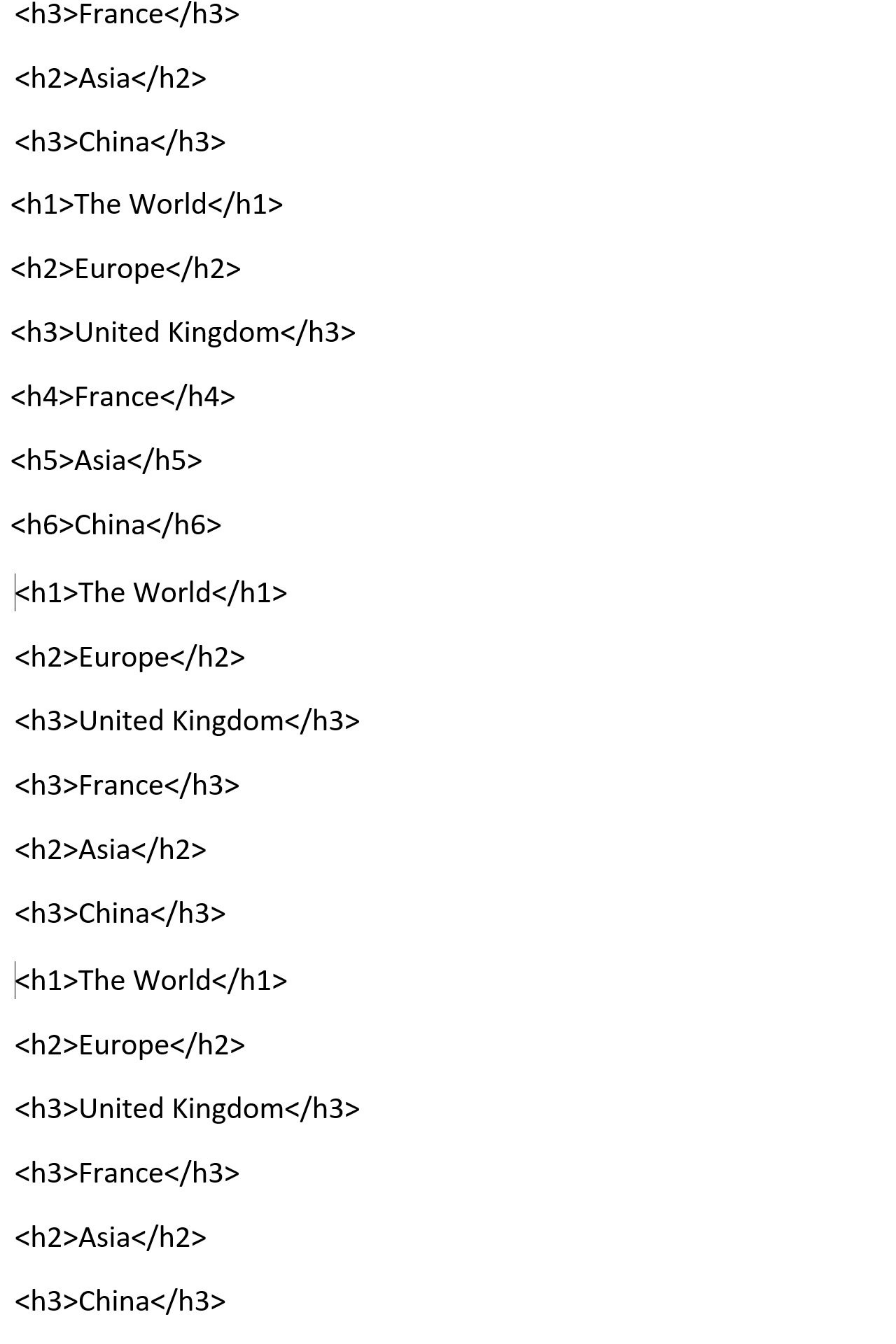
Repository: DigitalExperienceTeam/assessmentImages
Page: index.html
The author's editor kept a record of every edit. The page is drawn from the files as they stood at one moment, then again after the next edit.
The browser window is 1280 px wide. The pictures show the part of the page from y = 786 to 2706 px (the page is 2706 px tall before and 2696 px after), at 70% of full size.

Above is the page before.

After the next edit:
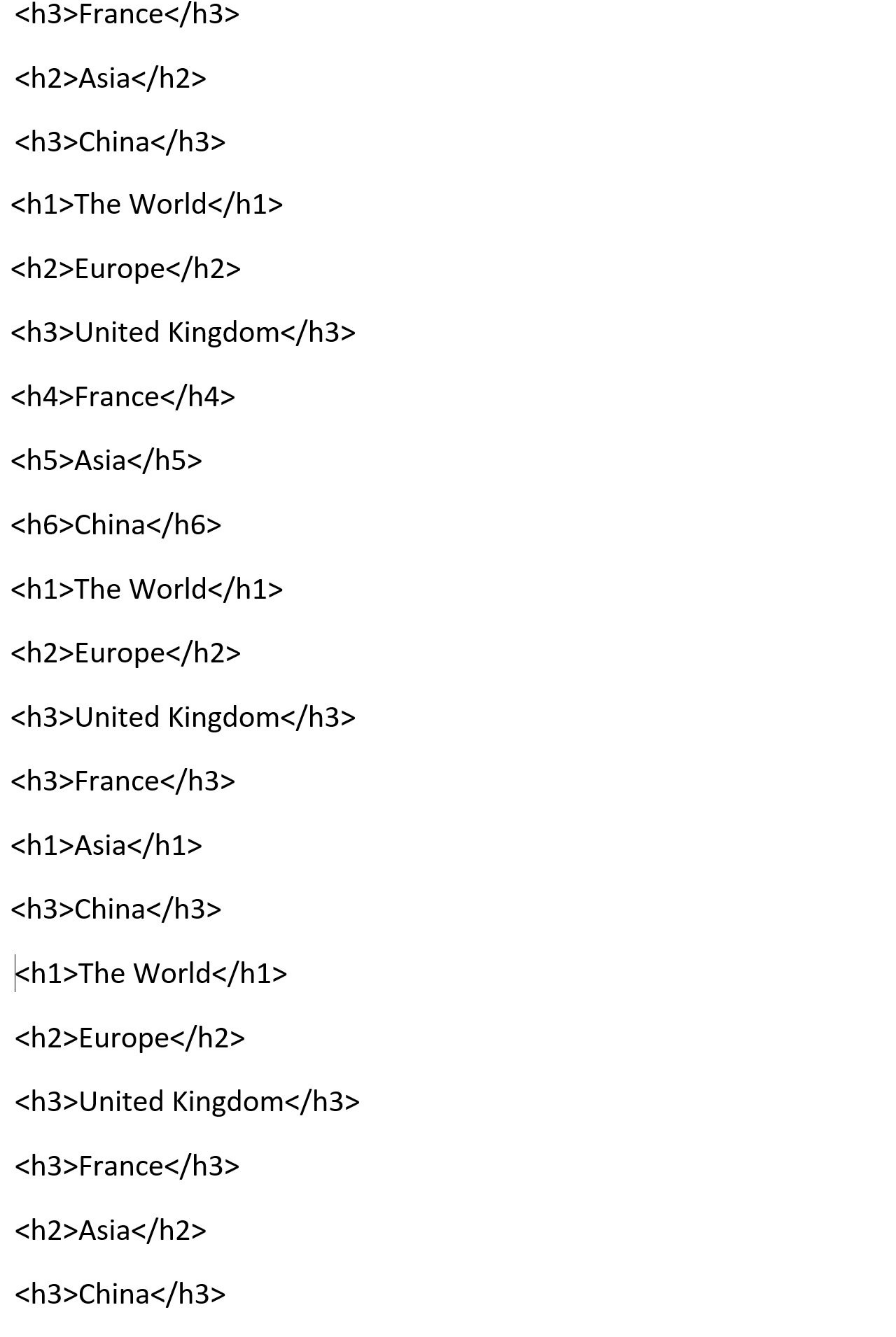
The edit:
--- a/index.html
+++ b/index.html
@@ -13,7 +13,7 @@
 
     <p><img src="Question7B.jpg"></p>
 
-    <p><img src="Question7A.jpg"></p>
+    <p><img src="Question7C.jpg"></p>
 
     <p><img src="Question7A.jpg"></p>
 
